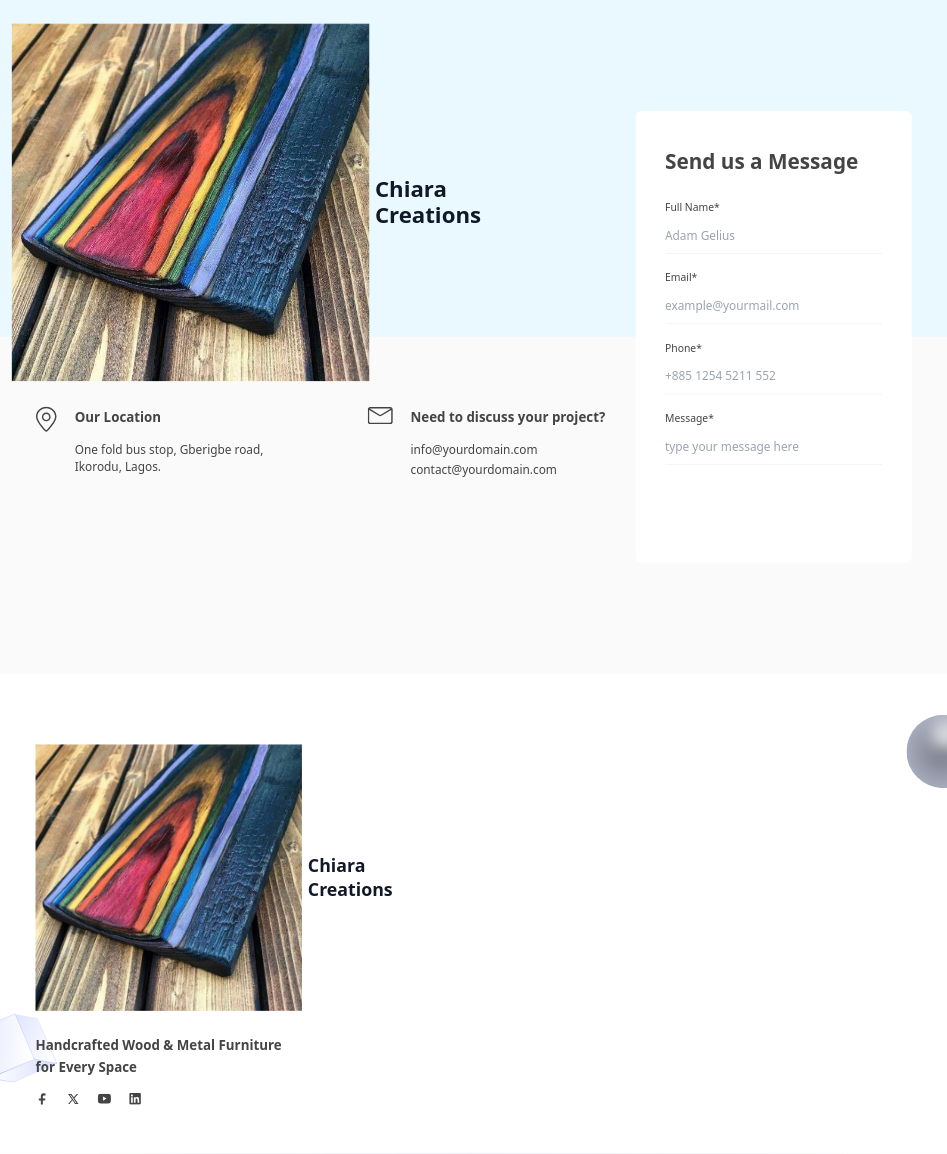
Repository: SuezDevelopment/chiara_creations
Page: /
The author's editor kept a copy of each file at every save. The page is drawn from the files as they stood at one save, then again after a run of saves.
The browser window is 1280 px wide. The pictures show the whole page, at 74% of full size.
The project was rebuilt for these pictures with package versions that can differ from the ones it lists, and the page was loaded fresh each time. The framework's server and built-in components were replaced by stand-ins that run in the browser. Also part of the build but not shown: next.config.mjs.

Above is the page before, as saved 2024-03-07 13:28:56.

After the next 2 saves:
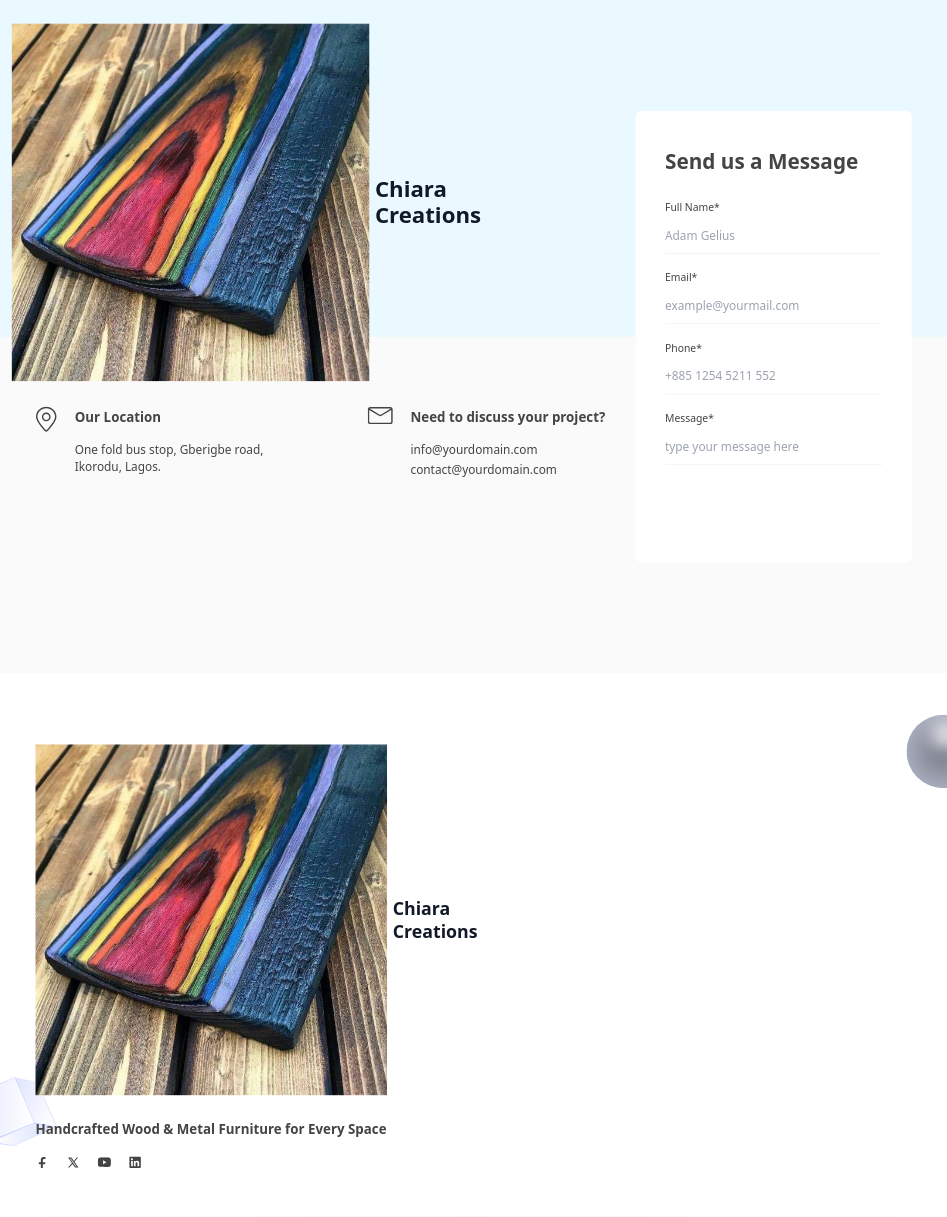
The 2 saves are shown as one change because they came seconds apart.
The last was saved 44 s later.
--- a/src/components/ui/footer.tsx
+++ b/src/components/ui/footer.tsx
@@ -9,7 +9,7 @@ const Footer = () => {
         <div className="container px-4 mx-auto">
           <div className="mx-4 flex flex-wrap">
             <div className="w-full px-4 md:w-1/2 lg:w-4/12 xl:w-5/12">
-              <div className="mb-5 max-w-[360px] lg:mb-16">
+              <div className="mb-5 w-full max-w-full lg:mb-16">
                 <Link href="/" className="mb-8 flex items-center space-x-2">
                   <Image
                     src="/images/logo.png"
